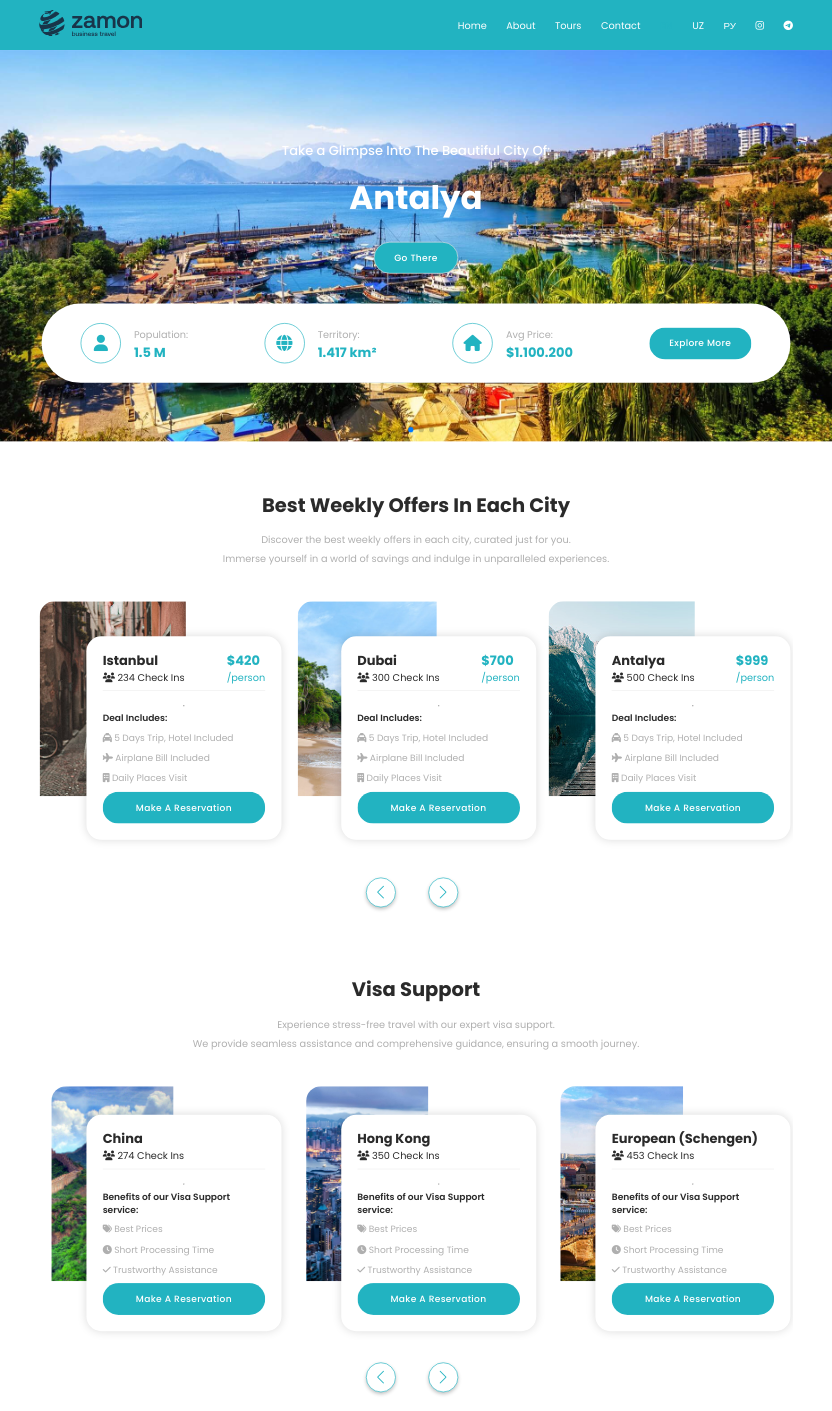
Repository: asadbekdev07/asadbekdev-zamontour-react
Page: /
The author's editor kept a copy of each file at every save. The page is drawn from the files as they stood at one save, then again after the next save.
The browser window is 1280 px wide. The pictures show the whole page, at 65% of full size.
The project was rebuilt for these pictures with package versions that can differ from the ones it lists, and the page was loaded fresh each time. Also part of the build but not shown: vite.config.js.

Above is the page before, as saved 2024-05-26 17:52:34.

### index.html
<!doctype html>
<html lang="en">
  <head>
    <meta charset="UTF-8" />
    <link rel="icon" type="image/svg+xml" href="/vite.svg" />
    <meta name="viewport" content="width=device-width, initial-scale=1.0" />
    <title>Vite + React</title>
    <link rel="stylesheet" href="https://cdnjs.cloudflare.com/ajax/libs/font-awesome/6.5.2/css/all.min.css" integrity="sha512-SnH5WK+bZxgPHs44uWIX+LLJAJ9/2PkPKZ5QiAj6Ta86w+fsb2TkcmfRyVX3pBnMFcV7oQPJkl9QevSCWr3W6A==" crossorigin="anonymous" referrerpolicy="no-referrer" />

  </head>
  <body>
    <div id="root"></div>
    <script type="module" src="/src/main.jsx"></script>
  </body>
</html>

### src/main.jsx
import React from 'react'
import ReactDOM from 'react-dom/client'
import App from './assets/components/App'
import './assets/styles/index.css'
import './i18n'

ReactDOM.createRoot(document.getElementById('root')).render(
  <React.StrictMode>
    <App />
  </React.StrictMode>,
)

### src/assets/components/App.jsx
import Offers from "./Offers"
import SiteHeader from "./Site-header"
import SliderHero from "./Slider-hero"
import Visa from "./Visa"

function App() {

  return (
    <>
      <SiteHeader />
      <SliderHero />
      <Offers />
      <Visa />
    </>
  )
}

export default App

### src/i18n.jsx
import i18n from 'i18next';
import { initReactI18next } from 'react-i18next';
import Backend from 'i18next-http-backend';
import laungageDetector from 'i18next-browser-languagedetector';
import enLang from '../public/locales/en.json'
import uzLang from '../public/locales/uz.json'
import ruLang from '../public/locales/ru.json'

i18n
.use(Backend)
.use(laungageDetector)
.use(initReactI18next)
.init({
  fallbackLng: 'en',
  lng: 'en',
  debug: true,
  resources: {
    en:{translation: enLang},
    uz:{translation: uzLang},
    ru:{translation: ruLang}
  }
})

export default i18n;

### src/assets/components/Offers.jsx
import { Navigation, A11y } from 'swiper/modules';
import { Swiper, SwiperSlide } from 'swiper/react';
import 'swiper/css';
import 'swiper/css/navigation';

import offersFirst from '/img/deals-04.jpg';
import offersSecond from '/img/offers-02.jpg';
import offersThird from '/img/deals-01.jpg';
import offersFourth from '/img/offers-01.jpg';
import usa from '/img/usa1.jpg';
import england from '/img/deals-02.jpg';
import canada from '/img/cand.jpg';
import europe from '/img/europe2.jpg';

const offersData = [
  { img: offersFirst, city: "Istanbul", checkIns: 234, price: 420 },
  { img: offersSecond, city: "Dubai", checkIns: 300, price: 700 },
  { img: offersThird, city: "Antalya", checkIns: 500, price: 999 },
  { img: offersFourth, city: "Sharm El-Sheikh", checkIns: 200, price: 800 },
  { img: usa, city: "USA", checkIns: 400, price: null },
  { img: england, city: "England", checkIns: 234, price: null },
  { img: canada, city: "Canada", checkIns: 345, price: null },
  { img: europe, city: "European Union", checkIns: 345, price: null }
];

const Offers = () => {
  return (
    <div className="offers">
      <div className="container">
        <div className="offers__content">
          <h2 className="offers__title">Best Weekly Offers In Each City</h2>
          <p className="offers__description">Discover the best weekly offers in each city, curated just for you. <br/> Immerse yourself in a world of savings and indulge in unparalleled experiences.</p>
        </div>
        <Swiper
          modules={[Navigation, A11y]}
          spaceBetween={15}
          slidesPerView={3}
          navigation={{ nextEl: '.swiper-button-next', prevEl: '.swiper-button-prev' }}
          loop={true}
          breakpoints={{ // Add breakpoints for adjusting slidesPerView and spaceBetween
            1000: {
              slidesPerView: 3,
              spaceBetween: 15
            },
            700: {
              slidesPerView: 2,
              spaceBetween: 15
            },
            0: {
              slidesPerView: 1,
              spaceBetween: 15
            }
          }}
          onSwiper={(swiper) => console.log(swiper)}
          onSlideChange={() => console.log('slide change')}
        >
          {offersData.map((offer, index) => (
            <SwiperSlide key={index} className='offers__card'>
              <img className='offers__img' src={offer.img} alt={`${offer.city} img`} />
              <div className="offers__card-inner inner">
                <div className="inner__top">
                  <h4>{offer.city}<br/><span><i className="fa fa-users"></i> {offer.checkIns} Check Ins</span></h4>
                  {offer.price && <h6>${offer.price}<br/><span>/person</span></h6>}
                </div>
                <hr className='inner__divider' />
                <ul className='inner__list'>
                  <li className="inner__list-title">Deal Includes:</li>
                  <li><i className="fa fa-taxi"></i> 5 Days Trip, Hotel Included</li>
                  <li><i className="fa fa-plane"></i> Airplane Bill Included</li>
                  <li><i className="fa fa-building"></i> Daily Places Visit</li>
                </ul>
                <a className="button button--wrapper" href="#contact">Make a Reservation</a>
              </div>
            </SwiperSlide>
          ))}
        </Swiper>
        <div className="swiper-buttons">
          <div className="swiper-button-prev"></div>
          <div className="swiper-button-next"></div>
        </div>
      </div>
    </div>
  );
};

export default Offers;

### src/assets/components/Site-header.jsx
import React, { useState } from 'react';
import zamonImg from '/img/zamon.svg';
import { FontAwesomeIcon } from '@fortawesome/react-fontawesome';
import { faBars, faTimes } from '@fortawesome/free-solid-svg-icons';
import { useTranslation } from 'react-i18next';

const SiteHeader = () => {
  const [isMenuOpen, setIsMenuOpen] = useState(false);

  const handleToggle = () => {
    setIsMenuOpen(prevState => !prevState);
  };

  const { t, i18n } = useTranslation();
  const currentLanguage = i18n.language;

  const handleChange = (language) => {
    i18n.changeLanguage(language);
  }

  return (
    <header className={`site-header ${isMenuOpen ? 'is-open' : ''}`}>
      <div className="container site-header__container">
        <a className="site-header__logo-link" href="#">
          <img className='site-header__logo logo' src={zamonImg} alt="Site logo" width={159} height={41} />
        </a>

        <div className="site-header__sitenav">
          <nav className="sitenav">
            <ul className="sitenav__list">
              {/* ITEM  */}
              <li className="sitenav__item">
                <a className='sitenav__link' href="#">{t('home')}</a>
              </li>
              {/* ITEM  */}
              <li className="sitenav__item">
                <a className='sitenav__link' href="#about">{t('about')}</a>
              </li>
              {/* ITEM  */}
              <li className="sitenav__item">
                <a className='sitenav__link' href="tours">{t('tours')}</a>
              </li>
              {/* ITEM  */}
              <li className="sitenav__item">
                <a className='sitenav__link' href="contacts">{t('contacts')}</a>
              </li>
            </ul>
          </nav>

          <ul className="lang">
            {/* ITEM  */}
            <li className="lang__item">
              <a
                className={`lang__link ${currentLanguage === 'en' ? 'selected' : ''}`}
                href="#"
                onClick={(e) => { e.preventDefault(); handleChange('en'); }}
              >
                EN
              </a>
            </li>
            {/* ITEM  */}
            <li className="lang__item">
              <a
                className={`lang__link ${currentLanguage === 'uz' ? 'selected' : ''}`}
                href="#"
                onClick={(e) => { e.preventDefault(); handleChange('uz'); }}
              >
                UZ
              </a>
            </li>
            {/* ITEM  */}
            <li className="lang__item">
              <a
                className={`lang__link ${currentLanguage === 'ru' ? 'selected' : ''}`}
                href="#"
                onClick={(e) => { e.preventDefault(); handleChange('ru'); }}
              >
                РУ
              </a>
            </li>
          </ul>

          <ul className="social">
            {/* ITEM  */}
            <li className="social__item">
              <a className='social__link' href="https://www.instagram.com/zamontour/" target="_blank" rel="noopener noreferrer">
                <i className="fa-brands fa-instagram social__icon"></i>
              </a>
            </li>
            {/* ITEM  */}
            <li className="social__item">
              <a className='social__link' href="https://t.me/zamonbiznestour" target="_blank" rel="noopener noreferrer">
                <i className="fa-brands fa-telegram social__icon"></i>
              </a>
            </li>
          </ul>
        </div>
        <button className='site-header__toggler' onClick={handleToggle}>
          <FontAwesomeIcon icon={isMenuOpen ? faTimes : faBars} size="2x" />
        </button>
      </div>
    </header>
  );
};

export default SiteHeader;

### src/assets/components/Slider-hero.jsx
import React from 'react';
import { Swiper, SwiperSlide } from 'swiper/react';
import 'swiper/css';
import 'swiper/css/pagination';
import 'swiper/css/navigation';


import { Autoplay, Pagination, Navigation } from 'swiper/modules';

import istanbulImg from '/img/istanbul.jpg';
import antalyaImg from '/img/antalya.jpg';
import dubaiImg from '/img/dubai2.jpg';
import sharmImg from '/img/sharm.jpg';

const slidesData = [
  {
    img: istanbulImg,
    city: 'Istanbul',
    population: '15.5 M',
    territory: '5.461 km²',
    avgPrice: '$946.000'
  },
  {
    img: antalyaImg,
    city: 'Antalya',
    population: '1.5 M',
    territory: '1.417 km²',
    avgPrice: '$1.100.200'
  },
  {
    img: dubaiImg,
    city: 'Dubai',
    population: '3.3 M',
    territory: '35 km²',
    avgPrice: '$425.000'
  },
  {
    img: sharmImg,
    city: 'Sharm El-Sheikh',
    population: '0.07 M',
    territory: '45 km²',
    avgPrice: '$165.450'
  }
];

const SlideContent = ({ img, city, population, territory, avgPrice }) => (
  <section className="slider" style={{ backgroundImage: `url(${img})` }}>
    <div className="container slider__container">
      <div className="slider__top">
        <h3 className="slider__top-heading">Take a Glimpse Into The Beautiful City Of:</h3>
        <h2 className="slider__top-city">{city}</h2>
        <a className="button button--cta" href="#contact">Go There</a>
      </div>
      <div className="slider__bottom">
        <ul className="slider__bottom-list list">
          <li className="list__item">
            <div className="list__item-inner">
              <i className="fa fa-user"></i>
              <h4 className="list__subheading">
                <span>Population:</span><br />{population}
              </h4>
            </div>
          </li>
          <li className="list__item">
            <div className="list__item-inner">
              <i className="fa fa-globe"></i>
              <h4 className="list__subheading">
                <span>Territory:</span><br />{territory}
              </h4>
            </div>
          </li>
          <li className="list__item">
            <div className="list__item-inner">
              <i className="fa fa-home"></i>
              <h4 className="list__subheading">
                <span>Avg Price:</span><br />{avgPrice}
              </h4>
            </div>
          </li>
          <div className="list__item-inner">
            <a className="button" href="#contact">Explore More</a>
          </div>
        </ul>
      </div>
    </div>
  </section>
);

export default function SliderHero() {
  return (
    <Swiper
      spaceBetween={5}
      centeredSlides={true}
      autoplay={{
        delay: 5500,
        disableOnInteraction: false,
      }}
      pagination={{
        clickable: true,
      }}
      loop={true}
      navigation={false}
      modules={[Autoplay, Pagination, Navigation]}
      className="mySwiper"
    >
      {slidesData.map((slide, index) => (
        <SwiperSlide key={index}>
          <SlideContent {...slide} />
        </SwiperSlide>
      ))}
    </Swiper>
  );
}

### src/assets/components/Visa.jsx
import React from 'react';
import { Navigation, A11y, Autoplay } from 'swiper/modules';
import { Swiper, SwiperSlide } from 'swiper/react';
import 'swiper/css';
import 'swiper/css/navigation';

import china from '/img/china.jpg';
import hongkong from '/img/hongkong.jpg';
import europe from '/img/europe.jpeg';
import india from '/img/india.jpg';
import japan from '/img/japan.jpg';
import saudi from '/img/saudi.jpg';
import oman from '/img/oman.jpg';

const offersData = [
  { img: china, city: "China", checkIns: 274 },
  { img: hongkong, city: "Hong Kong", checkIns: 350 },
  { img: europe, city: "European (Schengen)", checkIns: 453 },
  { img: india, city: "India", checkIns: 220 },
  { img: japan, city: "Japan", checkIns: 442 },
  { img: saudi, city: "Saudi Arabia", checkIns: 424 },
  { img: oman, city: "Oman", checkIns: 389 }
];

const Visa = () => {
  return (
    <div className="visa">
      <div className="container">
        <div className="visa__content">
          <h2 className="visa__title">Visa Support</h2>
          <p className="visa__description">
          Experience stress-free travel with our expert visa support. <br/> We provide seamless assistance and comprehensive guidance, ensuring a smooth journey.
          </p>
        </div>
        <Swiper
          modules={[Navigation, A11y, Autoplay]}
          spaceBetween={15}
          slidesPerView={3}
          navigation={{ nextEl: '.swiper-button-next', prevEl: '.swiper-button-prev' }}
          loop={true}
          breakpoints={{
            1000: {
              slidesPerView: 3,
              spaceBetween: 15
            },
            700: {
              slidesPerView: 2,
              spaceBetween: 15
            },
            0: {
              slidesPerView: 1,
              spaceBetween: 15
            }
          }}
          onSwiper={(swiper) => console.log(swiper)}
          onSlideChange={() => console.log('slide change')}
        >
          {offersData.map((offer, index) => (
            <SwiperSlide key={index} className='visa__card'>
              <img className='visa__img' src={offer.img} alt={`${offer.city} img`} />
              <div className="visa__card-inner inner">
                <div className="inner__top">
                  <h4>{offer.city}<br /><span><i className="fa fa-users"></i> {offer.checkIns} Check Ins</span></h4>
                </div>
                <hr className='inner__divider' />
                <ul className='inner__list'>
                  <li className="inner__list-title">Benefits of our Visa Support service:</li>
                  <li><i className="fa fa-tags"></i> Best Prices</li>
                  <li><i className="fa fa-clock"></i> Short Processing Time</li>
                  <li><i className="fa fa-check"></i> Trustworthy Assistance</li>
                </ul>
                <a className="button button--wrapper" href="#contact">Make a Reservation</a>
              </div>
            </SwiperSlide>
          ))}
        </Swiper>
        <div className="swiper-buttons">
          <div className="swiper-button-prev"></div>
          <div className="swiper-button-next"></div>
        </div>
      </div>
    </div>
  );
};

export default Visa;

Loaded but not shown: public/locales/uz.json (12 lines, source omitted); public/locales/en.json (12 lines, source omitted); public/locales/ru.json (12 lines, source omitted); src/assets/styles/index.css (881 lines, source omitted)

After the next save:
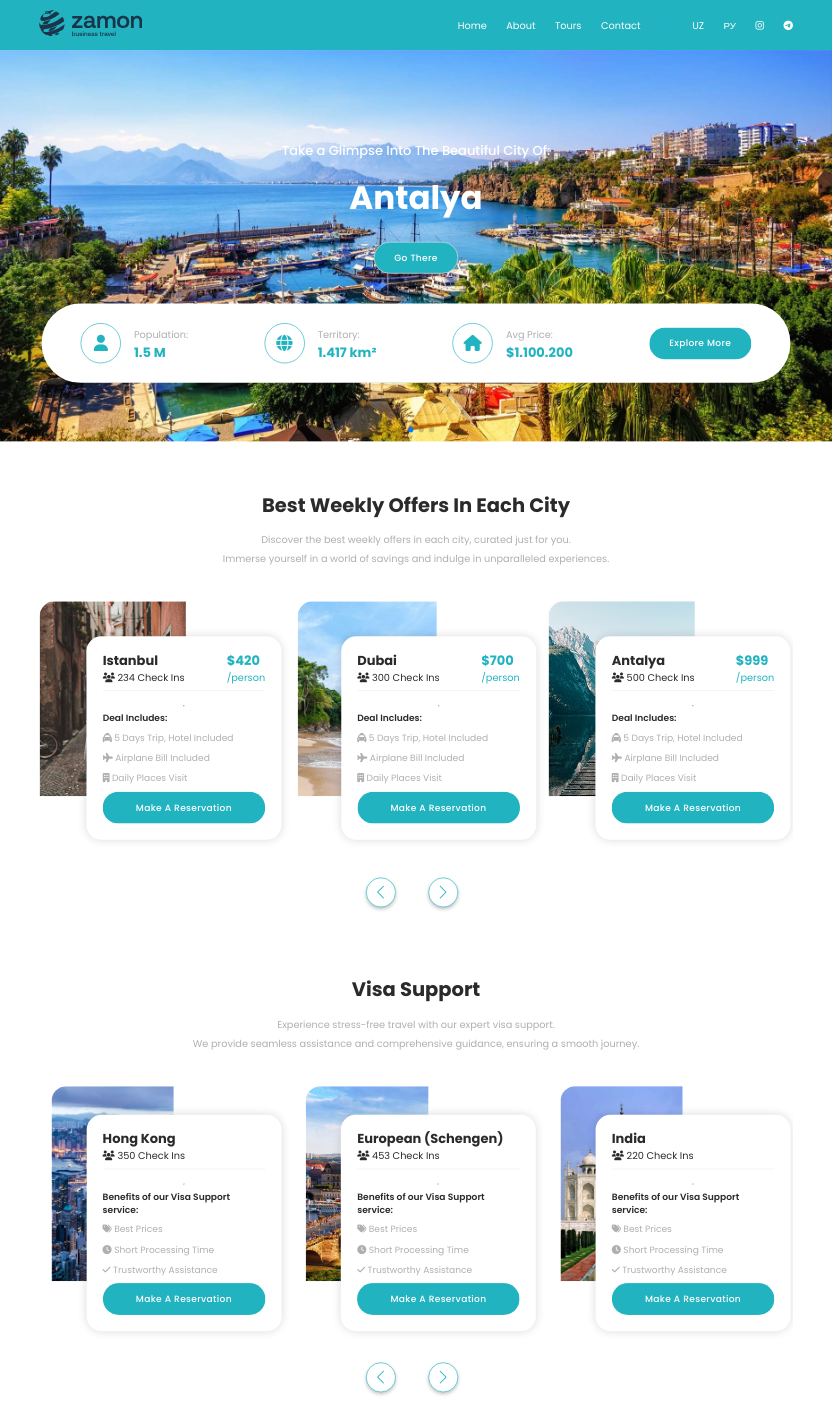
Saved 17 s later.
--- a/src/assets/components/Visa.jsx
+++ b/src/assets/components/Visa.jsx
@@ -37,6 +37,7 @@
           spaceBetween={15}
           slidesPerView={3}
           navigation={{ nextEl: '.swiper-button-next', prevEl: '.swiper-button-prev' }}
+          autoplay={{ delay: 3000, disableOnInteraction: false }}
           loop={true}
           breakpoints={{
             1000: {

After the save that followed:
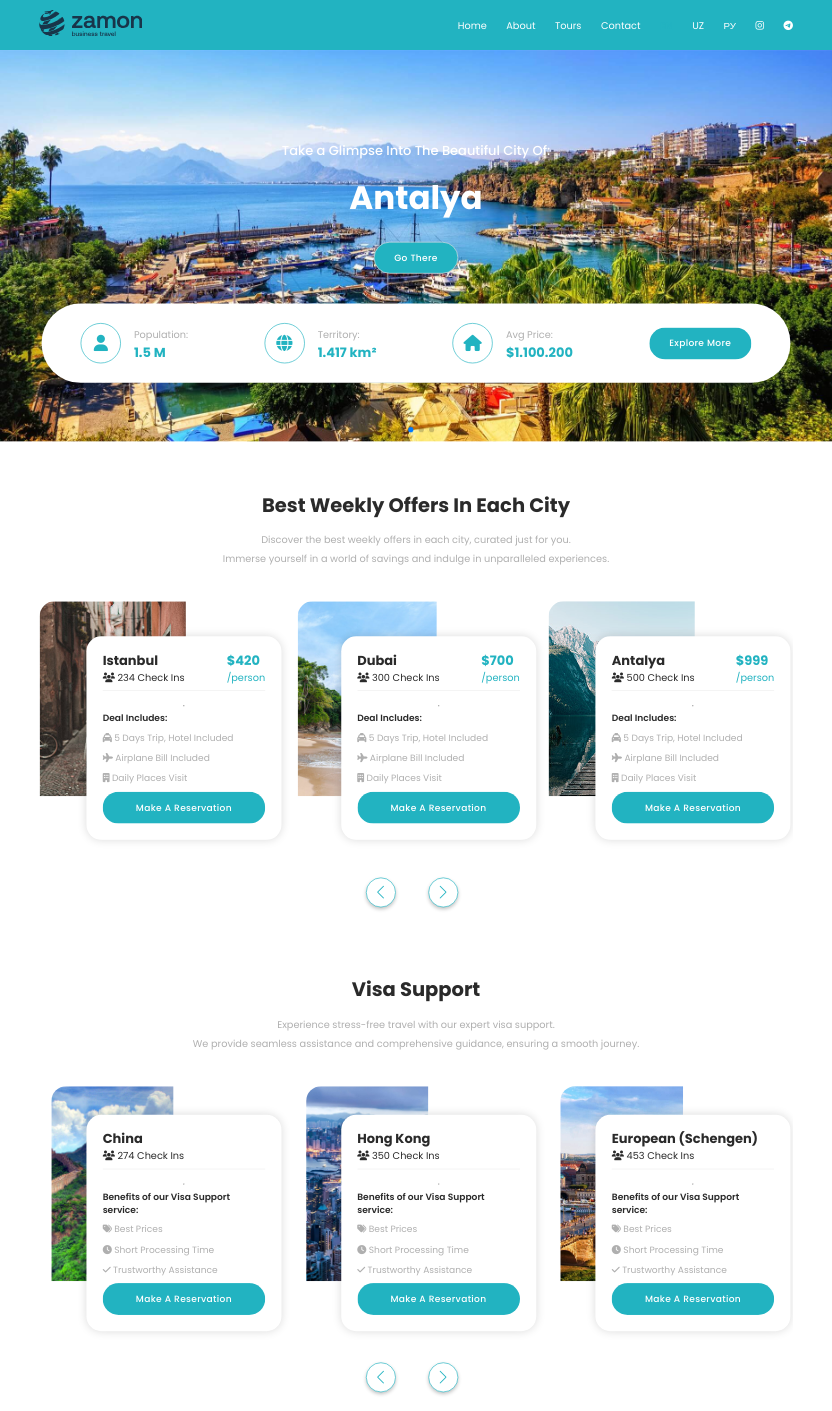
Saved 3 min 10 s later.
--- a/src/assets/components/Visa.jsx
+++ b/src/assets/components/Visa.jsx
@@ -1,5 +1,5 @@
 import React from 'react';
-import { Navigation, A11y, Autoplay } from 'swiper/modules';
+import { Navigation, A11y } from 'swiper/modules';
 import { Swiper, SwiperSlide } from 'swiper/react';
 import 'swiper/css';
 import 'swiper/css/navigation';
@@ -33,11 +33,10 @@
           </p>
         </div>
         <Swiper
-          modules={[Navigation, A11y, Autoplay]}
+          modules={[Navigation, A11y]}
           spaceBetween={15}
           slidesPerView={3}
           navigation={{ nextEl: '.swiper-button-next', prevEl: '.swiper-button-prev' }}
-          autoplay={{ delay: 3000, disableOnInteraction: false }}
           loop={true}
           breakpoints={{
             1000: {
